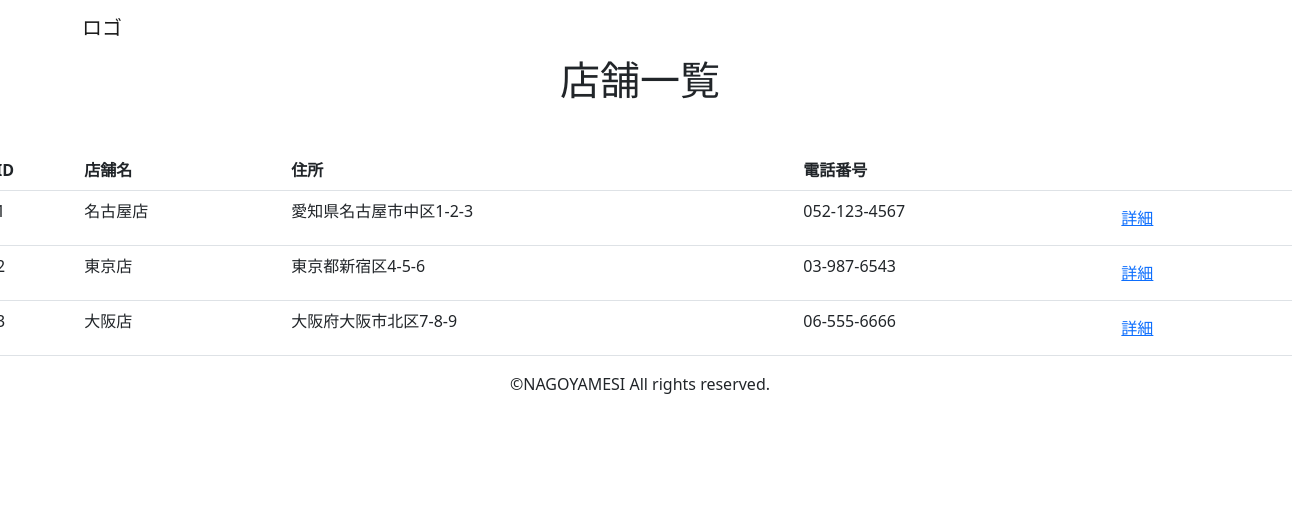
Repository: masa1228ew/taberogu
Page: http://localhost/admin/shop/index
An editor plug-in stored every save of this project. The page is shown before and after the next save, followed by the edit.
The browser window is 1280 px wide. The page is 1292 px wide, so the pictures cover 1292 px, including what lies to the right of the window. The pictures show the whole page.
The page is this project's Thymeleaf template; nobody is signed in. The template is opened directly, without the code that normally fills it, so the values that code supplies are empty.

Above is the page before, as saved 2024-11-17 13:47:41.

After the next save:
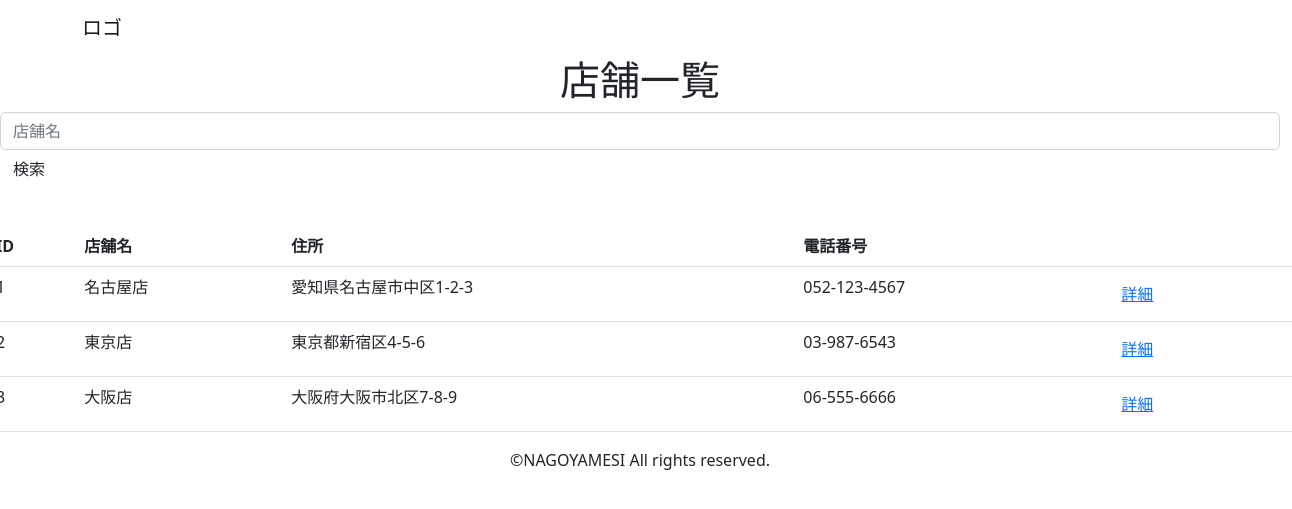
Saved 7 min 51 s later.
--- a/taberogu/taberogu/src/main/resources/templates/admin/shop/index.html
+++ b/taberogu/taberogu/src/main/resources/templates/admin/shop/index.html
@@ -23,7 +23,11 @@
 	<main>
 		<div class="row justify-content-center">
 			<h1 class="text-center">店舗一覧</h1>
-			<div class="justify-content-end">
+			<div class="justify-content-between">
+				<form>
+					<input type="text" class="form-control" name="keyword" placeholder="店舗名">
+					<button type="submit" class="btn">検索</button>
+				</form>
 				<a href="#" class="btn text-white">登録</a>
 			</div>
 			<table class="table">
